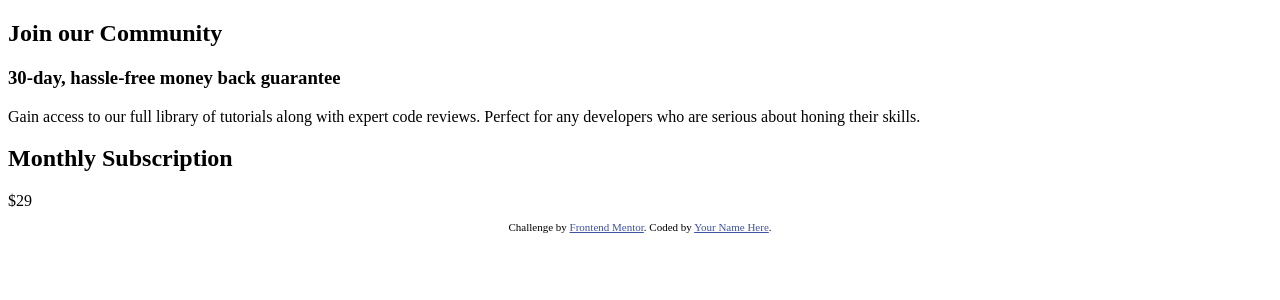
Repository: OmniaRafat232111121/single-price-grid-component-master
Page: index.html
An editor plug-in stored every save of this project. The page is shown before and after a run of saves, followed by the edit.
The browser window is 1280 px wide. The pictures show the whole page.

Above is the page before, as saved 2022-06-28 00:11:22.

### index.html
<!DOCTYPE html>
<html lang="en">
<head>
  <meta charset="UTF-8">
  <meta name="viewport" content="width=device-width, initial-scale=1.0"> <!-- displays site properly based on user's device -->

  <link rel="icon" type="image/png" sizes="32x32" href="./images/favicon-32x32.png">

  <title>Frontend Mentor | Single Price Grid Component</title>

  <!-- Feel free to remove these styles or customise in your own stylesheet 👍 -->
  <style>
    .attribution { font-size: 11px; text-align: center; }
    .attribution a { color: hsl(228, 45%, 44%); }
  </style>
</head>
<body>

  <di class="card">
    <section class="bg-white section ">
      <h2>Join our Community</h2>
      <h3>30-day, hassle-free money back guarantee</h3>
      <p>Gain access to our full library of tutorials along with expert code reviews. Perfect for any developers who are serious about honing their skills.</p>

    </section>

    <section class="bg-dark-cyan section">
     <h2>Monthly Subscription</h2>
     <div class="pricetag"><span id="price">&dollar;29</span></div>
    </section>
  </di>
  <footer>
    <p class="attribution">
      Challenge by <a href="https://www.frontendmentor.io?ref=challenge" target="_blank">Frontend Mentor</a>.
      Coded by <a href="#">Your Name Here</a>.
    </p>
  </footer>
</body>
</html>

After the next 2 saves:
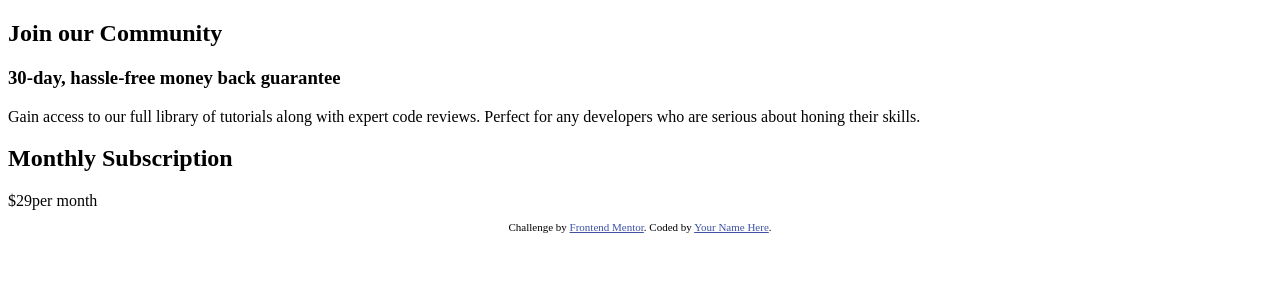
The 2 saves are shown as one change because they came seconds apart.
The last was saved 112 s later.
--- a/index.html
+++ b/index.html
@@ -26,7 +26,7 @@
 
     <section class="bg-dark-cyan section">
      <h2>Monthly Subscription</h2>
-     <div class="pricetag"><span id="price">&dollar;29</span></div>
+     <div class="pricetag"><span id="price">&dollar;29</span><span id="permonth">per month</span></div>
     </section>
   </di>
   <footer>
